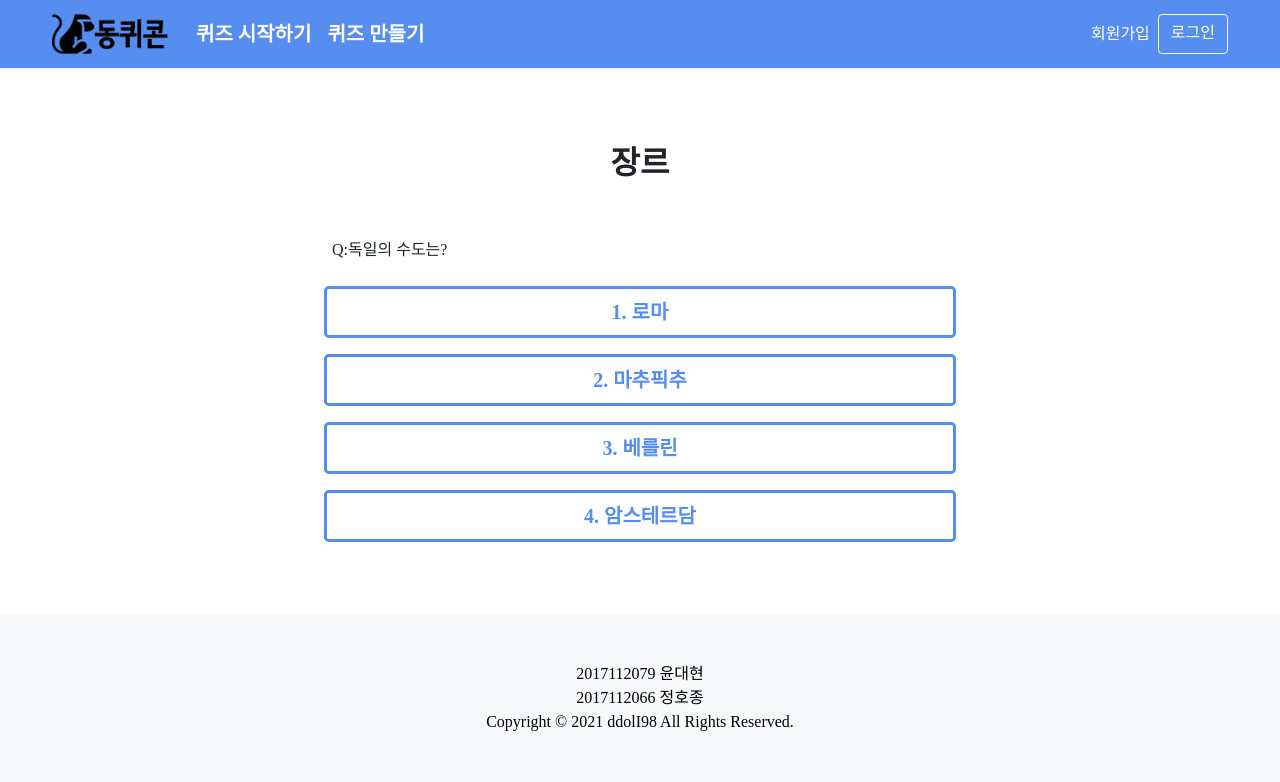
Repository: eogus0512/Quiz_WebProject
Page: http://localhost/Quiz_WebProject/solveQuiz.jsp
The author's editor kept a copy of each file at every save. The page is drawn from the files as they stood at one save, then again after the next save.
The browser window is 1280 px wide. The pictures show the whole page.
Some web fonts or font styles are not loaded; a fallback is used. The page is served by Tomcat 9. Other server files are loaded and not shown.

Above is the page before, as saved 2021-10-28 14:25:38.

### Quiz_WebProject/WebContent/solveQuiz.jsp
<%@ page language="java" contentType="text/html;charset=UTF-8" pageEncoding="UTF-8" %>
<%@ page import="java.io.PrintWriter"%>
<!DOCTYPE html>
<html>
<head>
    <meta http-equiv="Content-Type" content="text/html"; charset="UTF-8">
    <meta name="viewport" content="width=device-width, initial-scale=1, shrink-to-fit=no">
    <title>동퀴콘</title>
    <link rel="stylesheet" href="./css/bootstrap.min.css">
    <link rel="stylesheet" href="./css/custom.css">
    <link rel="icon" href="./img/favicon.png">
</head>
<body>
<nav class="navbar navbar-expand-lg navbar-light fixed-top shadow-sm" style="background-color: #558DF0;">
    <div class="container-xxl d-flex align-items-md-center" style="width:1200px">
        <a class="navbar-brand" href="index.jsp"><img src="./img/mainIcon.png" class="rounded float-start" width="120"></a>
        <button class="navbar-toggler" type="button" data-bs-toggle="collapse" data-bs-target="#navbarSupportedContent" aria-controls="navbarSupportedContent" aria-expanded="false" aria-label="Toggle navigation">
            <span class="navbar-toggler-icon"></span>
        </button>
        <div class="collapse navbar-collapse" id="navbarSupportedContent">
            <ul class="navbar-nav me-auto">
                <li class="nav-item">
                    <a class="nav-link" href="#" style="font-size:15pt; color:white;"><b>퀴즈 시작하기</b></a>
                </li>
                <li class="nav-item">
                    <a class="nav-link" href="registerQuiz.jsp" style="font-size:15pt; color:white;"><b>퀴즈 만들기</b></a>
                </li>
            </ul>
            <%
                String loginID = null;
                String userName = null;
                if(session.getAttribute("loginID") != null) {
                    loginID = (String) session.getAttribute("loginID");
                    userName = (String) session.getAttribute("userName");
                }
                if(loginID == null) {
            %>
            <ul class="navbar-nav">
                <a class="nav-link" aria-current="page" href="signUp.jsp" style="color:white">회원가입</a>
                <a class="btn btn-outline-primary" href="login.jsp" style="border-color: white; color: white">로그인</a>
            </ul>
            <%
            } else {
            %>
            <ul class="navbar-nav d-flex">
                <li class="nav-item dropdown">
                    <a class="nav-link dropdown-toggle" href="#" id="navbarDropdown" role="button" data-bs-toggle="dropdown" aria-expanded="false">
                        <%=userName %> 님
                    </a>
                    <ul class="dropdown-menu" aria-labelledby="navbarDropdown" style="background-color: #FAF1D6;">
                        <li><a class="dropdown-item" href="myPage.jsp">마이페이지</a></li>
                        <li><a class="dropdown-item" href="#">1:1 문의</a></li>
                        <li><hr class="dropdown-divider"></li>
                        <li><a class="dropdown-item" href="logout.jsp">로그아웃</a></li>
                    </ul>
                </li>
            </ul>
            <%
                }
            %>
        </div>
    </div>
</nav>
<br><br><br><br>
<div class="py-5 text-center">
    <h2><b>장르</b></h2>
</div>
<div class="container col-md-6">
    <form method="post" action="action/signUpAction.jsp">
        <div class="row g-3">
        	<div class="col-12">
                <label class="form-label">Q:독일의 수도는?</label>
            </div>
            <button class="w-100 btn-lg" style="background-color: white; color:#558DF0; border:3px solid #558DF0"><b>1. 로마</b></button>
            <button class="w-100 btn-lg" style="background-color: white; color:#558DF0; border:3px solid #558DF0"><b>2. 마추픽추</b></button>
            <button class="w-100 btn-lg" style="background-color: white; color:#558DF0; border:3px solid #558DF0"><b>3. 베를린</b></button>
            <button class="w-100 btn-lg" style="background-color: white; color:#558DF0; border:3px solid #558DF0"><b>4. 암스테르담</b></button>
        </div><br><br>

    </form>
</div>
<footer class="bg-light mt-4 p-5 text-center" style="color: #000000;">
    2017112079 윤대현<br>2017112066 정호종<br>
    Copyright &copy; 2021 ddolI98 All Rights Reserved.
</footer>
<script src="./js/jquery.min.js"></script>
<script src="./js/popper.js"></script>
<script src="./js/bootstrap.min.js"></script>
</body>
</html>

### Quiz_WebProject/WebContent/css/custom.css
@import url(https://fonts.googleapis.com/earlyaccess/nanumgothic.css);
.navbar-brand, h1, h2, h3, h4 {
    font-family: 'Nanum Gothic';
}
h5 {
    font-family: 'Nanum Gothic';
    font-size: 18px;
}
body {
    font-family: 'Nanum Gothic';
}

Loaded but not shown: Quiz_WebProject/WebContent/css/bootstrap.min.css (library); Quiz_WebProject/WebContent/js/jquery.min.js (library); Quiz_WebProject/WebContent/js/popper.js (library); Quiz_WebProject/WebContent/js/bootstrap.min.js (library)

After the next save:
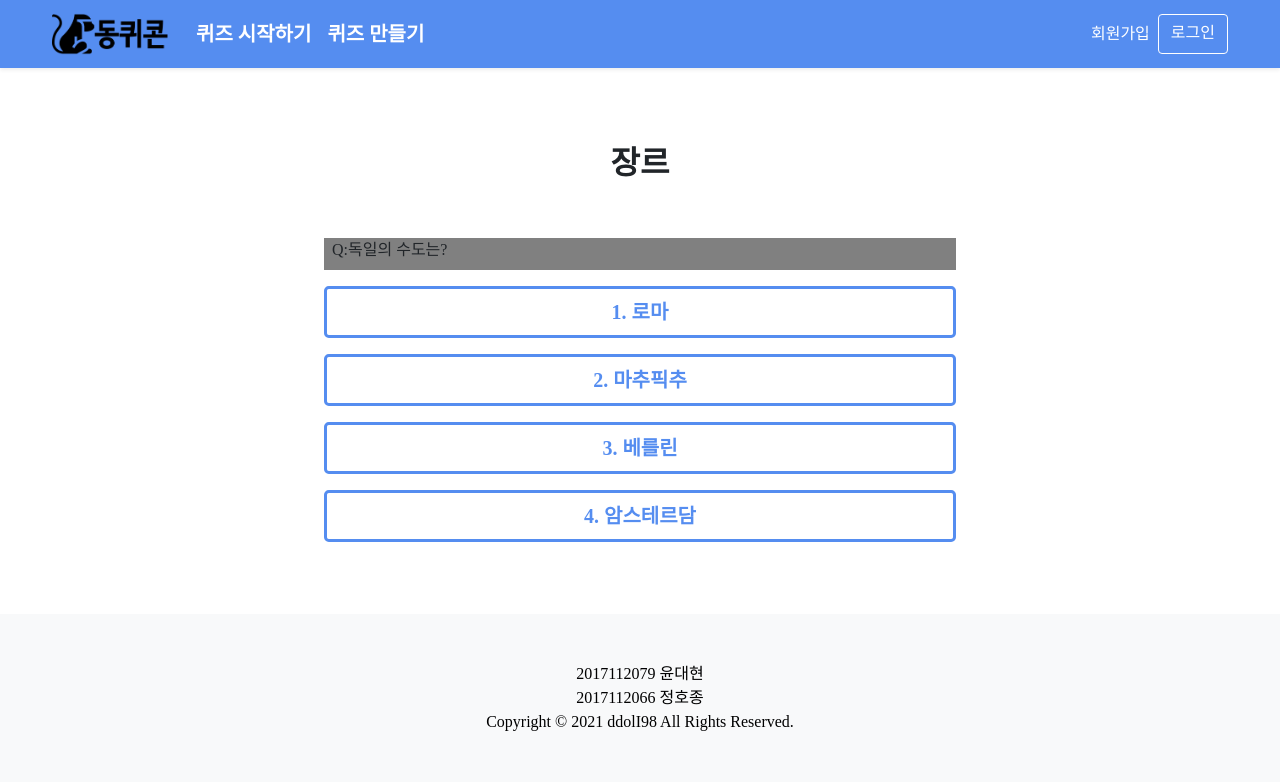
Saved 19 s later.
--- a/Quiz_WebProject/WebContent/solveQuiz.jsp
+++ b/Quiz_WebProject/WebContent/solveQuiz.jsp
@@ -68,7 +68,7 @@
 <div class="container col-md-6">
     <form method="post" action="action/signUpAction.jsp">
         <div class="row g-3">
-        	<div class="col-12">
+        	<div class="col-12" style="background-color: gray;">
                 <label class="form-label">Q:독일의 수도는?</label>
             </div>
             <button class="w-100 btn-lg" style="background-color: white; color:#558DF0; border:3px solid #558DF0"><b>1. 로마</b></button>
